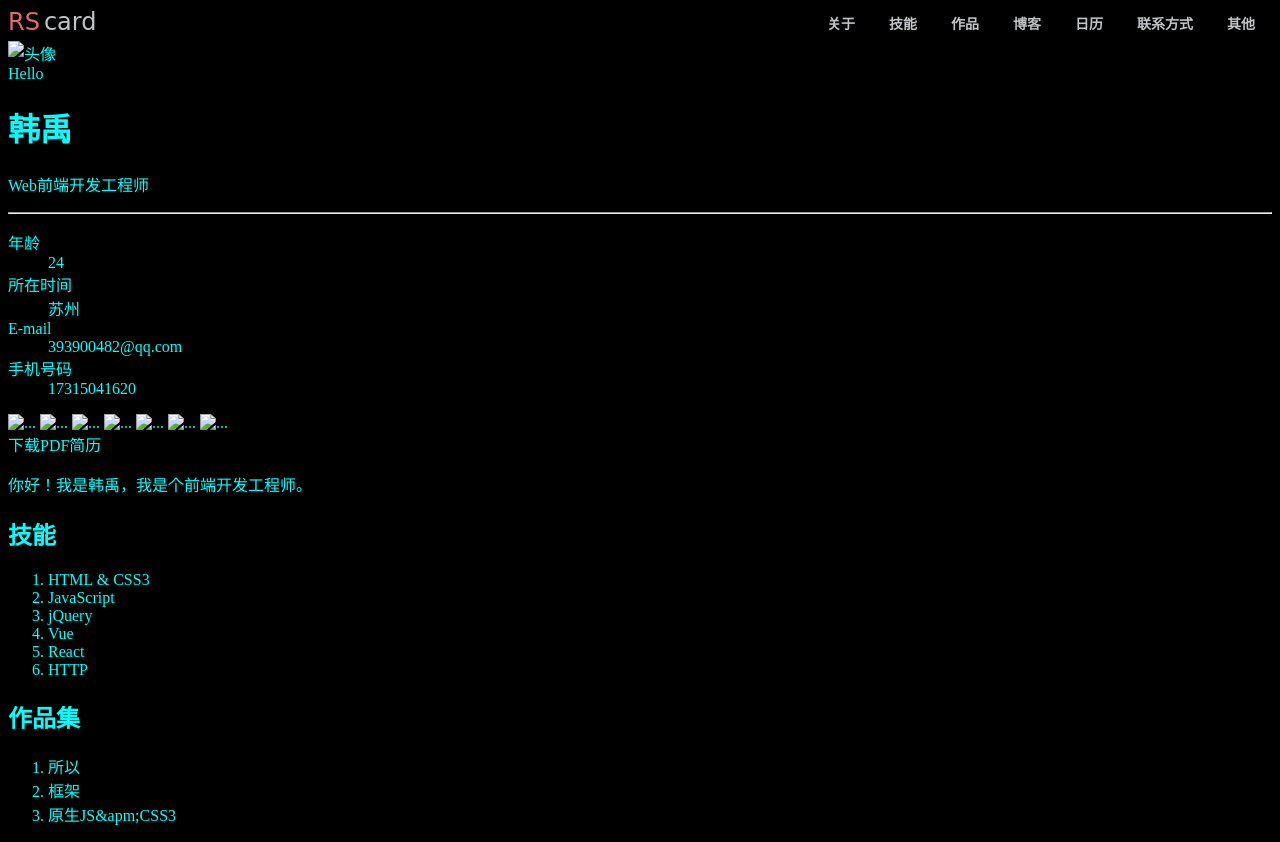
Repository: yorkHan/resume
Page: index.html
The author's editor kept a copy of each file at every save. The page is drawn from the files as they stood at one save, then again after the next save.
The browser window is 1280 px wide. The pictures show the whole page.

Above is the page before, as saved 2018-04-09 15:25:23.

### index.html
<!DOCTYPE html>
<html lang="en">
<head>
    <meta charset="UTF-8">
    <meta name="viewport" content="width=device-width, initial-scale=1.0">
    <meta http-equiv="X-UA-Compatible" content="ie=edge">
    <title>Document</title>
    <link rel="stylesheet" href="./1.css">
</head>
<body>
    <div class="topNavBar clearfix">
        <a class="logo" href="#" alt="logo" style="float:left;">
            <span class="rs">RS</span><span class="card">card</span>
        </a>
        <nav>
            <ul class="clearfix" style="float: right;">
                <li><a href="#">关于</a></li>
                <li><a href="#">技能</a></li>
                <li><a href="#">作品</a></li>
                <li><a href="#">博客</a></li>
                <li><a href="#">日历</a></li>
                <li><a href="#">联系方式</a></li>
                <li><a href="#">其他</a></li>
            </ul>
        </nav>
    </div>
    <div class="banner" style="background-image: url(#)"></div>
    <main>
        <div class="card">
            <div class="pic">
                <img src="" alt="头像">
            </div>
            <div class="text">
                <div class="profile">
                    <span class="welcome">Hello</span>
                    <h1>韩禹</h1>
                    <p>Web前端开发工程师</p>
                    <hr>
                    <dl>
                        <dt>年龄</dt>
                        <dd>24</dd>
                        <dt>所在时间</dt>
                        <dd>苏州</dd>
                        <dt>E-mail</dt>
                        <dd>393900482@qq.com</dd>
                        <dt>手机号码</dt>
                        <dd>17315041620</dd>
                    </dl>
                </div>
            </div>
            <div>
                <footer class="media">
                    <a href="#"><img src="#" alt="..."></a>
                    <a href="#"><img src="#" alt="..."></a>
                    <a href="#"><img src="#" alt="..."></a>
                    <a href="#"><img src="#" alt="..."></a>
                    <a href="#"><img src="#" alt="..."></a>
                    <a href="#"><img src="#" alt="..."></a>
                    <a href="#"><img src="#" alt="..."></a>
                </footer>
            </div>
        </div>
        <a href="">下载PDF简历</a>
        <p>
            你好！我是韩禹，我是个前端开发工程师。
        </p>
    </main>
    <section>
        <h2>技能</h2>
        <ol>
            <li>HTML &amp; CSS3</li>
            <li>JavaScript</li>
            <li>jQuery</li>
            <li>Vue</li>
            <li>React</li>
            <li>HTTP</li>
        </ol>
    </section>
    <section>
        <h2>作品集</h2>
        <nav>
            <ol>
                <li>所以</li>
                <li>框架</li>
                <li>原生JS&apm;CSS3</li>
            </ol>
        </nav>
        <div class="jobs">
            <div class="big"></div>
            <div class='small'></div>
            <div class="small"></div>
        </div>
    </section>
</body>
</html>

### 1.css
body{
    background-color: black;
    color: aqua;
}
a{
    color: inherit;
    text-decoration: none;
}
.clearfix::after{
    content: '';
    display: block;
    clear: both;
}
.topNavBar>nav>ul{
    list-style: none;
    margin: 0;
    padding: 0;
}
.topNavBar>nav>ul>li{
    float: left;

}
.topNavBar>nav>ul>li>a{
    display: block;
    font-size: 14px;
    font-weight: bold;
    color:#c1c3c7;
    margin-left: 17px;
    margin-right: 17px;
    padding-top: 5px;
    padding-bottom: 5px;
    border-top:3px solid inherit;
    border-bottom:3px solid transparent;
}
.topNavBar>nav>ul>li>a:hover{
    border-bottom:3px solid #E8676B;
}
.topNavBar .logo{
    font-family: "DejaVu Sans";
    font-size: 24px;
}
.topNavBar .logo .rs{
    margin-right: 4px;
    color:#E8676B;
}
.topNavBar .logo .card {
    color:#c1c3c7;
}

After the next save:
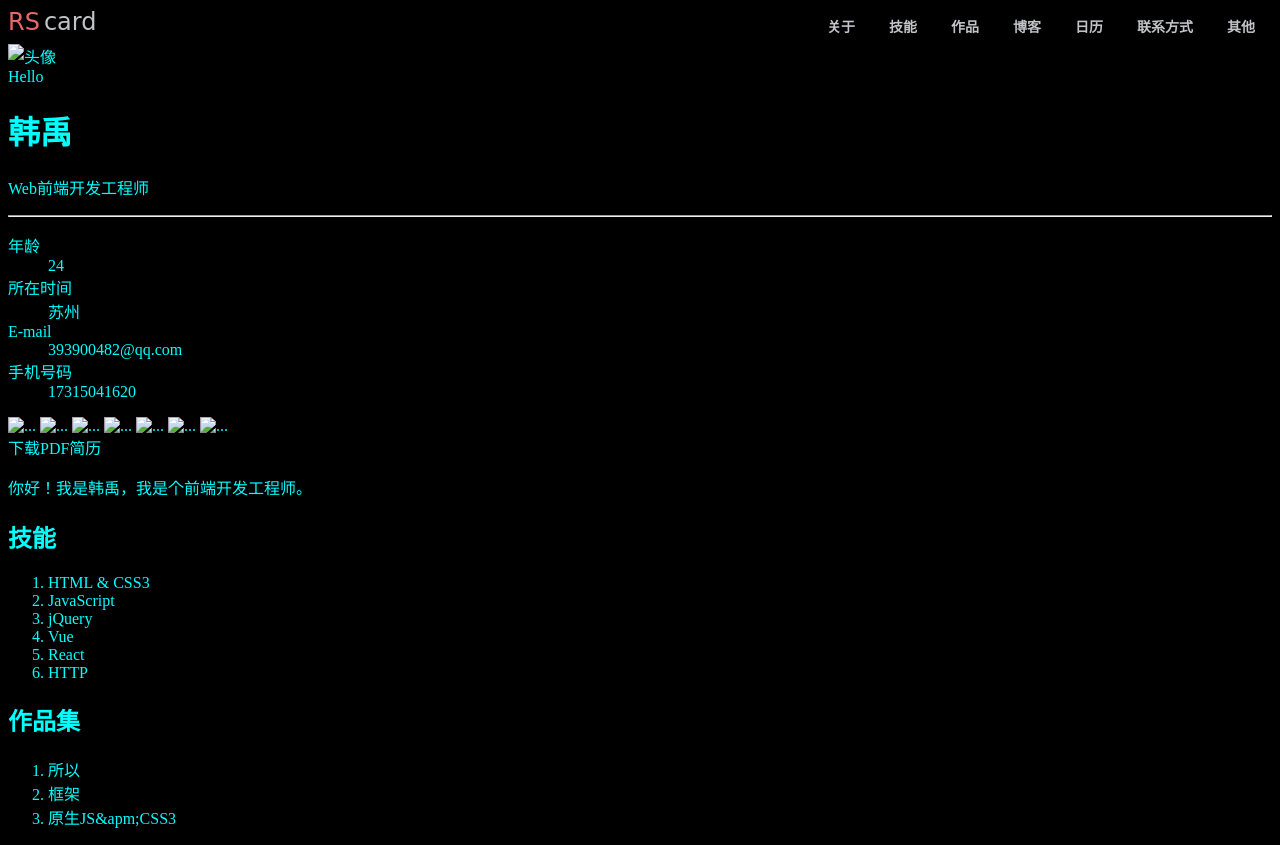
Saved 6 s later.
--- a/1.css
+++ b/1.css
@@ -29,7 +29,7 @@ a{
     margin-right: 17px;
     padding-top: 5px;
     padding-bottom: 5px;
-    border-top:3px solid inherit;
+    border-top:3px solid transparent;
     border-bottom:3px solid transparent;
 }
 .topNavBar>nav>ul>li>a:hover{
